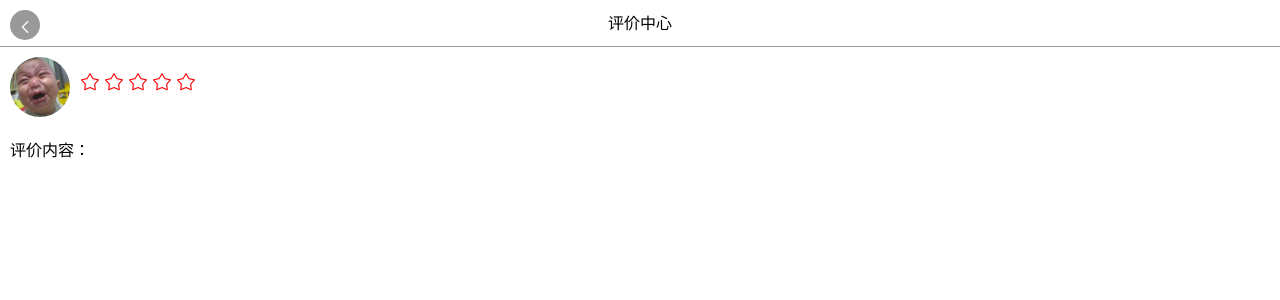
Repository: liuyangming111/mall
Page: /evaluaterr
The author's editor kept a copy of each file at every save. The page is drawn from the files as they stood at one save, then again after a run of saves.
The browser window is 1280 px wide. The pictures show the whole page.
The page's requests for data from a server got no answer. The project was rebuilt for these pictures with package versions that can differ from the ones it lists, and the page was loaded fresh each time. No one was signed in, and anything a server would have sent is missing. Also part of the build but not shown: vue.config.js, src/components/bottom.vue, src/views/Home.vue.

Above is the page before, as saved 2020-07-30 17:56:06.

### src/main.js
import Vue from 'vue'
import App from './App.vue'
import router from './router'
import store from './store'
import api from './http/api'
import Vant from 'vant';
import 'vant/lib/index.css';
import { Dialog } from 'vant';
import { Toast } from 'vant';




Vue.use(Toast);
Vue.use(Dialog);
Vue.prototype.$api = api
Vue.use(Vant);
Vue.config.productionTip = false

//进入详情页
Vue.prototype.$toDetails=(id)=>{
  // console.log(id)
  router.push({
    path:'/details',
    query:{
      id:id,
    }
  })
}
Vue.prototype.$Pop_up=()=>{
  Dialog.confirm({
    title: '登录后才可以启用此功能',
    message: '是否跳转登录/注册页面',
  })
    .then(() => {
      // on confirm
      router.push('/login')
    })
    .catch(() => {
      // on cancel
    })
}
Vue.prototype.$Cart=(id)=>{
  Toast('加入购物车成功');
  // console.log(id)
  api.postaddShop({
    id:id
  })
}

new Vue({
  router,
  store,
  render: h => h(App)
}).$mount('#app')

### src/App.vue
<template>
  <div id="app">
    <router-view/>
  </div>
</template>

<style lang="scss">
*{
  margin: 0;
  padding: 0;
}
</style>

### src/router/index.js
import Vue from 'vue'
import VueRouter from 'vue-router'
import Home from '../views/Home.vue'

Vue.use(VueRouter)

  const routes = [
  {
    path: '',
    component: Home,
    children:[
      {
        path:'/',
        name:'mall',
        component:()=>import('../views/mall/mall.vue')
      },
      {
        path:'/classification',
        name:'classification',
        component:()=>import('../views/mall/classification.vue')
      },
      {
        path:'/Car',
        name:'Car',
        component:()=>import('../views/mall/Car.vue')
      },
      {
        path:'/my',
        name:'my',
        component:()=>import('../views/mall/my.vue')
      },
      {
        path:'/Carr',
        name:'Carr',
        component:()=>import('../views/mall/Carr.vue')
      }
    ]
  },
  {
    path:'/login',
    name:'login',
    component:()=>import('../views/login/login.vue')
  },
  {
    path:'/details',
    name:'details',
    component:()=>import('../views/details/details.vue')
  },
  {
    path:'/Collection',
    name:'Collection',
    component:()=>import('../views/Collection/Collection.vue')
  },
  {
    path:'/order',
    name:'order',
    component:()=>import('../views/order/order.vue')
  },
  {
    path:'/browse',
    name:'browse',
    component:()=>import('../views/browse/browse.vue')
  },
  {
    path:'/address',
    name:'address',
    component:()=>import('../views/address/address.vue')
  },
  {
    path:'/personal',
    name:'personal',
    component:()=>import('../views/personal/personal.vue')
  },
  {
    path:'/settlement',
    name:'settlement',
    component:()=>import('../views/settlement/settlement.vue')
  },
  {
    path:'/edit',
    naem:'edit',
    component:()=>import('../views/address/edit.vue')
  },
  {
    path:'/editr',
    naem:'editr',
    component:()=>import('../views/address/editr.vue')
  },
  {
    path:'/evaluate',
    name:'evaluate',
    component:()=>import('../views/evaluate/evaluate.vue')
  },
  {
    path:'/orderr',
    name:'orderr',
    component:()=>import('../views/order/orderr.vue')
  },
  {
    path:'/evaluater',
    name:'evaluater',
    component:()=>import('../views/evaluate/evaluater.vue')
  },
  {
    path:'/evaluaterr',
    name:'evaluaterr',
    component:()=>import('../views/evaluate/evaluaterr.vue')
  },
]

const router = new VueRouter({
  mode: 'history',
  base: process.env.BASE_URL,
  routes
})
const originalPush = VueRouter.prototype.push
VueRouter.prototype.push = function push(location) {
  return originalPush.call(this, location).catch(err => err)
}

export default router

### src/store/index.js
import Vue from 'vue'
import Vuex from 'vuex'

Vue.use(Vuex)

export default new Vuex.Store({
  state: {
    str:null
  },
  mutations: {
    setName(state,data){
      state.str=data
    }
  },
  actions: {
  },
  modules: {
  }
})

### src/http/api.js
import service from './index'

export default {
    //1:获取首页数据
    gethome_page() {
        return service.get('/recommend')
    },
    //2:搜索
    //参数: value: 搜索关键词
    postkey_word(value) {
        return service.post('/search', { value })
    },
    //3:分类查询
    //id:默认分类的id
    getclassification(id) {
        return service.get('/classification?mallSubId='+id)
    },
    //4:查询获取购物车数据
    postcar_data(id) {
        return service.post('/getCard', {id})
    },
    //5:购物车加减商品
    // count: 购物车数量
    // id: 商品id
    // mallPrice: 价格
    postcommodity({ count, id, mallPrice }) {
        return service.post('/editCart', { count, id, mallPrice })
    },
    //6:购物车商品删除
    //商品id(数组)
    postdelete1( id ) {
        return service.post('/deleteShop',  id )
    },
    //7:购物车支付页面
    // address:收货地址
    // tel:电话
    // orderId:所有商品的id(数组)
    // totalPrice:总价格
    // idDirect:用来判断是购物车结算还是直接购买(直接购买为true,购物车结算为false)
    // count:商品数量
    postpayment({ address, tel, orderId, totalPrice, idDirect, count }) {
        return service.post('/order', { address, tel, orderId, totalPrice, idDirect, count })
    },
    //8.单个商品详情
    //id:商品的id
    getdetails(id) {
        return service.get(`/goods/one?id=${id}`)
    },
    //9. 收藏单个商品
    //商品的详情信息(传商品对象)
    postcollection(item) {
        return service.post('/collection', item)
    },
    //10.取消收藏
    //id:商品的id
    postCollectionss({ id }) {
        return service.post('/cancelCollection', { id })
    },
    //11:查询商品是否已收藏
    //id:商品的id
    postCollections({ id }) {
        return service.post('/isCollection', { id })
    },
    //12. 加入购物车
    //id:商品的id
    postaddShop({ id }) {
        return service.post('/addShop', { id })
    },
    //13. 退出登录
    postloginOut() {
        return service.post('/loginOut', {})
    },
    //14. 获取用户信息
    postqueryUser() {
        return service.post('queryUser', {})
    },
    //15. 修改保存用户信息
    // gender: 性别
    // year: 年
    // month: 月
    // day: 日
    // id: 用户id
    // nickname: 昵称
    postsaveUser({ gender, year, month, day, id, nickname }) {
        return service.post('/saveUser', { gender, year, month, day, id, nickname })
    },
    //16. 商品评论
    // id: 商品cid
    // rate: 分数
    // content: 内容
    // anonymous: 是否匿名
    // _id: 商品的_id
    // order_id: 商品的order_id
    // image: []
    postcomment({ id, rate, content, anonymous, _id, order_id, image }) {
        return service.post('/goodsOne/comment', { id, rate, content, anonymous, _id, order_id, image })
    },
    //17. 获取登录注册默认验证码
    getverify() {
        return service.get('/verify')
    },
    //18. 查询用户收货地址
    getAddress() {
        return service.get('/getAddress')
    },
    //19. 查询默认收货地址
    getDefaultAddress() {
        return service.get('/getDefaultAddress')
    },
    //20. 设置默认收货地址
    //id: 地址id
    postsetDefaultAddress({ id }) {
        return service.post('setDefaultAddress', { id })
    },
    //21. 增加收货地址
    // name:用户名
    // tel:电话
    // address:(省+市+区+详情地址)
    // isDefault:是否默认
    // province:省
    // city:市
    // county:区
    // addressDetail:详情地址，
    // areaCode:地区代码
    // id:修改地址时候要传id
    postaddress({ name, tel, address, isDefault, province, city, county, addressDetail, areaCode, id }) {
        return service.post('/address', { name, tel, address, isDefault, province, city, county, addressDetail, areaCode, id })
    },
    //22. 删除地址
    //id:地址_id
    postdeleteAddress({ id }) {
        return service.post('/deleteAddress', { id })
    },
    //23. 注册
    // nickname:用户名
    // password:密码
    // verify:验证码
    postregister({ nickname, password, verify }) {
        return service.post('/register', { nickname, password, verify })
    },
    //24. 登录
    // nickname: 用户名
    // password:密码
    // verify:验证码
    postlogin({ nickname, password, verify }) {
        return service.post('/login', { nickname, password, verify })
    },
    //25. 订单查询
    getMyOrder() {
        return service.get('/myOrder')
    },
    //26. 查询已评价
    getevaluate() {
        return service.get('/alreadyEvaluated')
    },
    //27. 查询未评价
    getevaluates() {
        return service.get('/tobeEvaluated')
    },
    //28. 查询单条评论
    //id:商品id
    //_id:数据库的那条id
    postevaluateOne({ id, _id }) {
        return service.post('/evaluateOne', { id, _id })
    },
    //查看收藏
    getCollectionList(){
        return service.get('/collection/list')
     },
}

### src/views/evaluate/evaluaterr.vue
<template>
 <div>
    <div class="return" @click="returns">
      <van-icon name="arrow-left" />
    </div>
    <div class="evaluate">评价中心</div>
    <div class="information">
       <div class="head_portrait"></div>
       <div>
          <div v-if='user.length>0'>{{user[0].nickname}}</div>
          <div class="score"><van-rate v-model="evaluateOne.rate" disabled disabled-color="red"/></div>
       </div>
       <div>{{evaluateOne.comment_time}}</div>
    </div>
    <div class="center">评价内容：{{evaluateOne.content}}</div>
    <div v-if="goods.length>0" class="cente">
        <div><img :src="goods[0].image" alt="" class="img"></div>
        <div>{{goods[0].name}}</div>
        <div class="Cart"><van-icon name="shopping-cart-o" size="20px"/></div>
    </div>
 </div>
</template>

<script>
 export default {
   name: '',
   props: {
   },
   components: {

   },
   data () {
     return {
         id:'',
         _id:'',
         evaluateOne:[],
         user:[],
         goods:[]
     }
   },
   methods: {
       returns() {
      this.$router.go(-1);
    },
   },
   mounted() {
       this.id=this.$route.query.id,
       this._id=this.$route.query._id,
    //    console.log(this.id)
       this.$api.postevaluateOne({
            id:this.id,
            _id:this._id
       }).then(res=>{
           if(res.code===200){
               this.evaluateOne=res.evaluateOne
               this.user=res.evaluateOne.user
               this.goods=res.evaluateOne.goods
           }
           console.log(this.goods)
       }).catch(err=>{
           console.log(err)
       })
   },
   watch: {

   },
   computed: {

   }
 }
</script>

<style scoped>
.return {
  width: 30px;
  height: 30px;
  border-radius: 50%;
  background-color: #999;
  text-align: center;
  line-height: 35px;
  position: absolute;
  top: 10px;
  left: 10px;
  z-index: 2;
  color: white;
}
.evaluate {
  text-align: center;
  line-height: 46px;
  height: 46px;
  border-bottom: 1px solid #999;
}
.head_portrait{
    width: 60px;
    height: 60px;
    background-image: url('../../../img/tx.jpg');
    background-size: 100% 100%;
    border-radius: 50%;
}
.information{
    display: flex;
}
.information>div:nth-child(1){
    margin: 10px;
}
.information>div:nth-child(2){
    margin: 15px 0;
}
.score{
    margin-top: 10px;
}
.information>div:nth-child(3){
    margin: 30px 5px 0 20px;
    color: rgb(107, 104, 104);
}
.center{
    margin: 10px;
}
.cente{
    display: flex;
    margin-top: 50px;
}
.cente div:nth-child(2){
    margin: 10px 0 0 5px;
}
.img{
    width: 80px;
}
.Cart{
    width: 40px;
    height: 40px;
    background-color: sandybrown;
    border-radius: 50%;
    text-align: center;
    line-height: 46px;
    color:rgb(247, 245, 245);
    margin: 20px 0 10px 30px;
}
</style>

### src/http/index.js
import axios from 'axios'
const service = axios.create({
    baseURL: '/api',
    timeout: 5000
})

service.interceptors.response.use((res) => {
    return res.data
}, err => {
    console.log(err)
})

export default service

Loaded but not shown: public/index.html (common file)

After the next 2 saves:
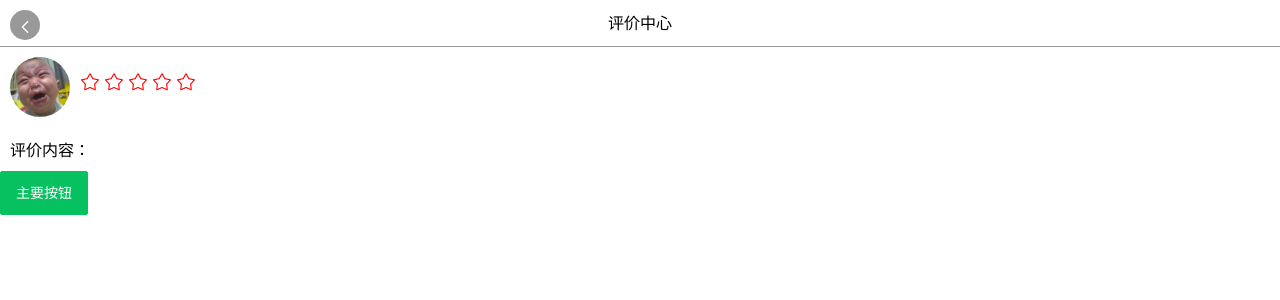
The 2 saves are shown as one change because they came seconds apart.
The last was saved 60 s later.
--- a/src/views/evaluate/evaluaterr.vue
+++ b/src/views/evaluate/evaluaterr.vue
@@ -18,6 +18,7 @@
         <div>{{goods[0].name}}</div>
         <div class="Cart"><van-icon name="shopping-cart-o" size="20px"/></div>
     </div>
+    <div ><van-button type="primary">主要按钮</van-button></div>
  </div>
 </template>
 
